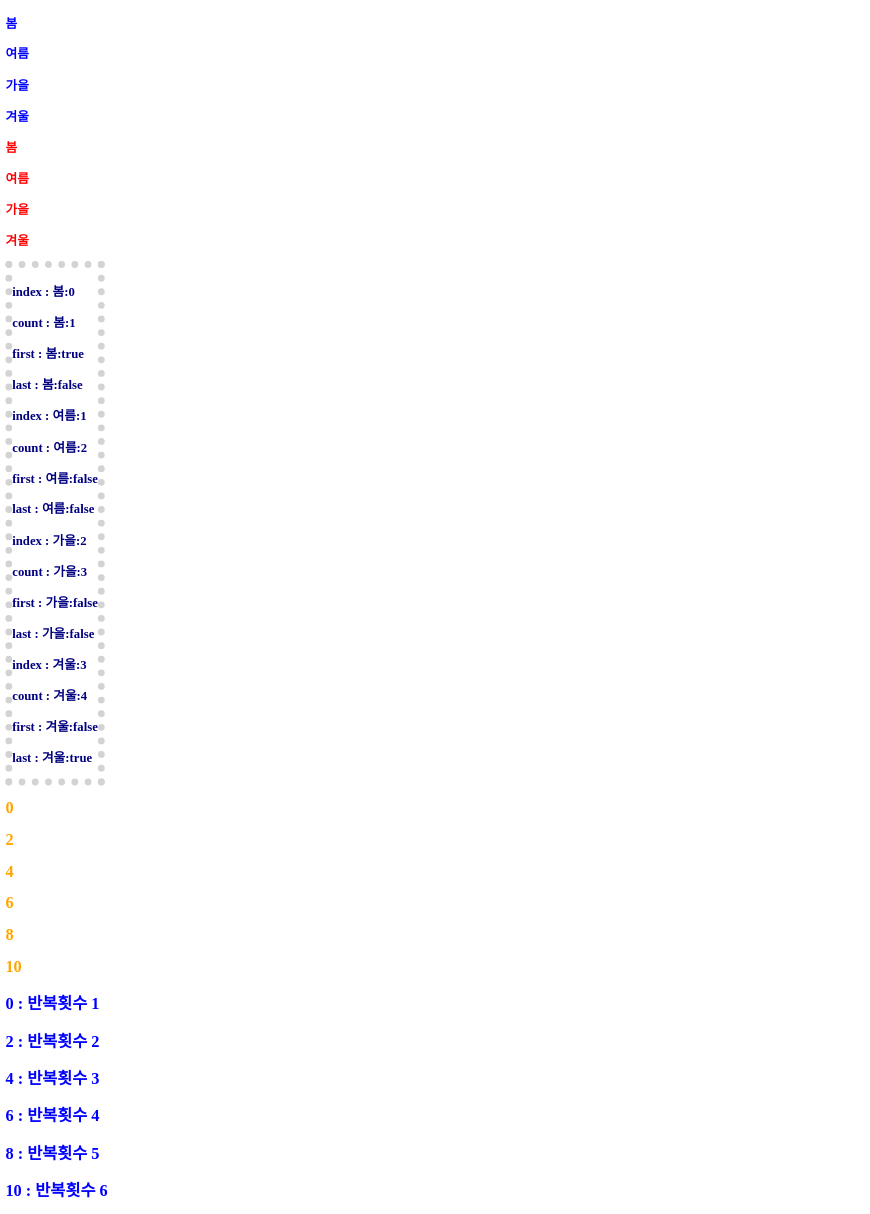
Repository: UnibusK/Java-Study
Page: http://localhost/JSP31/
These files come from the project's save history. The page is drawn as it stood at one moment and after the next save; the edit follows.
The browser window is 1280 px wide. The pictures show the whole page, at 68% of full size.
The page is served by Tomcat 9.

Above is the page before, as saved 2023-12-07 06:35:27.

### JSP/JSP31/src/main/webapp/index.jsp
<%@ page language="java" contentType="text/html; charset=UTF-8"
    pageEncoding="UTF-8"%>
<%@ taglib uri="http://java.sun.com/jsp/jstl/core" prefix="c" %>
<!DOCTYPE html>
<html>
	<head>
		<meta charset="UTF-8">
		<title>JSTL 반복문(for문)</title>
	</head>
	<body>
		<%
			String[] season={"봄", "여름", "가을", "겨울"};
			//일반 for문 방식
			for(int i=0; i<season.length; i++){
				out.print("<h3 style='color:blue';>"+season[i]+"</h3>");
			}

			//향상된 for문(improved for)
			for(String str:season){
				%><h3 style='color:red;'><%=str %></h3><%
			}
			pageContext.setAttribute("arr",season);
		%>
		<!-- varStatus : JSTL forEach가 가동되는 동안 var 변수의 상태를 저장해둔 객체 -->
		<!-- varStatue.index : 0번부터 length-1까지 존재하는 고유 번호 배열번호-->
		<!-- varStatue.count : 반복 횟수를 알려주는 필드, 1부터 시작 -->
		<!-- varStatue.first : 최초의 데이터 인지를 판별, 값은 boolean을 가지고 있음 -->
		<!-- varStatue.last : 최후의 데이터 인지를 판별, 값은 boolean을 갖고 있음 -->
		<c:forEach var="str" items="${arr }" varStatus="iter">
			<c:if test="${iter.first }">
				<div style="border:10px dotted lightgray; width:max-content;">
			</c:if>
			<!-- index -->
			<h3 style='color:navy;'>index : ${str }:${iter.index }</h3>
			<!-- count -->
			<h3 style='color:navy;'>count : ${str }:${iter.count }</h3>
			<!-- first -->
			<h3 style='color:navy;'>first : ${str }:${iter.first }</h3>
			<!-- last -->
			<h3 style='color:navy;'>last : ${str }:${iter.last }</h3>
			<c:if test="${iter.last }">
				</div>
			</c:if>
		</c:forEach>

		<%
			for(int i=0; i<=10; i+=2){
				out.print("<H2 style='color:orange'>"+i+"</h2>");
			}
		%>
		<c:forEach var="i" begin="0" end="10" step="2" varStatus="iter">
			<h2 style='color:blue;'>${i } : 반복횟수 ${iter.count }</h2>
		</c:forEach>
		<%
			String data="봄,여름,가을,겨울";
			pageContext.setAttribute("dt", data);
		%>
		<c:forTokens var="test" items="${dt }" delims=",">

		</c:forTokens>
	</body>
</html>

After the next save:
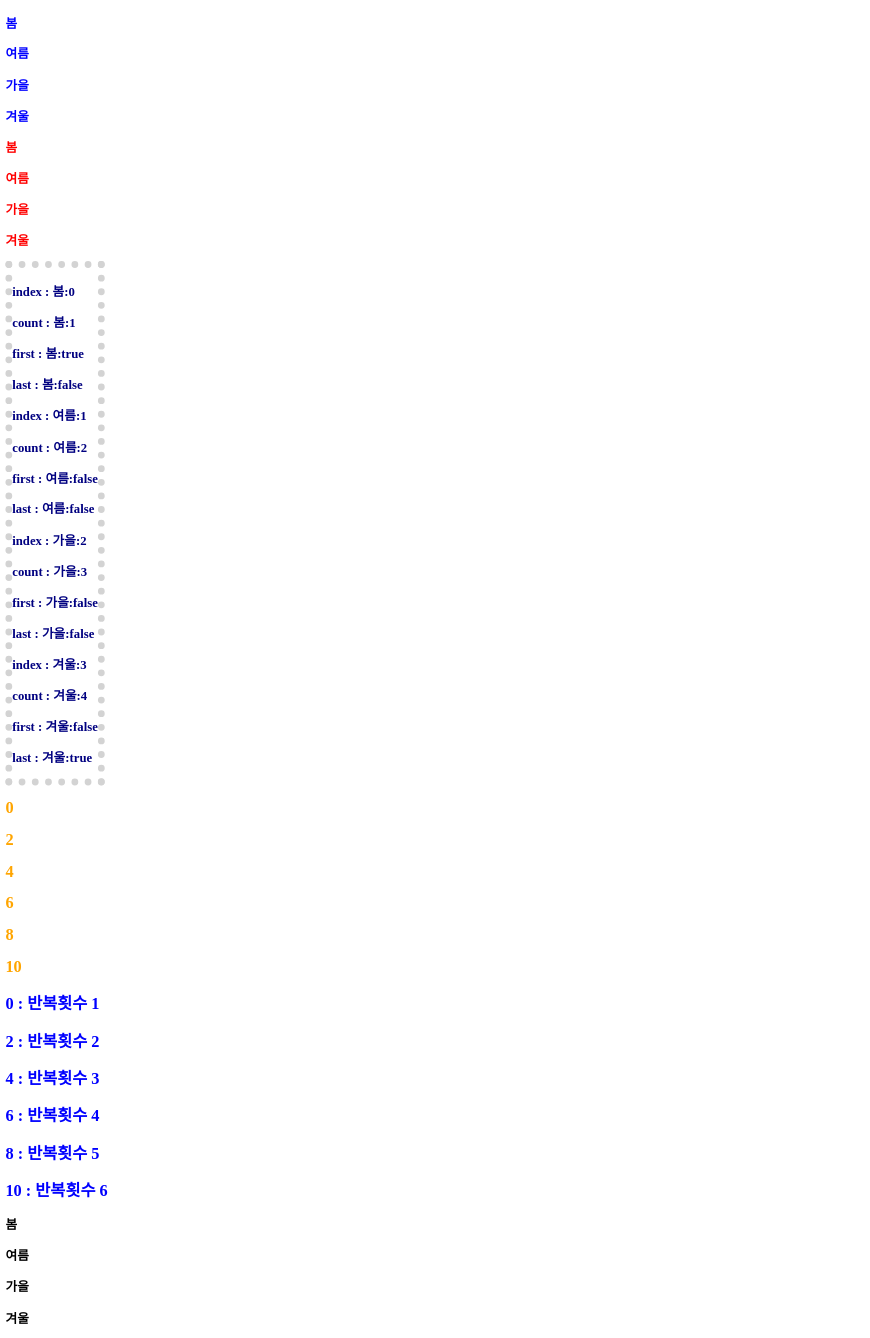
Saved 18 s later.
--- a/JSP/JSP31/src/main/webapp/index.jsp
+++ b/JSP/JSP31/src/main/webapp/index.jsp
@@ -56,7 +56,7 @@
 			pageContext.setAttribute("dt", data);
 		%>
 		<c:forTokens var="test" items="${dt }" delims=",">
-
+			<h3>${test }</h3>
 		</c:forTokens>
 	</body>
 </html>
